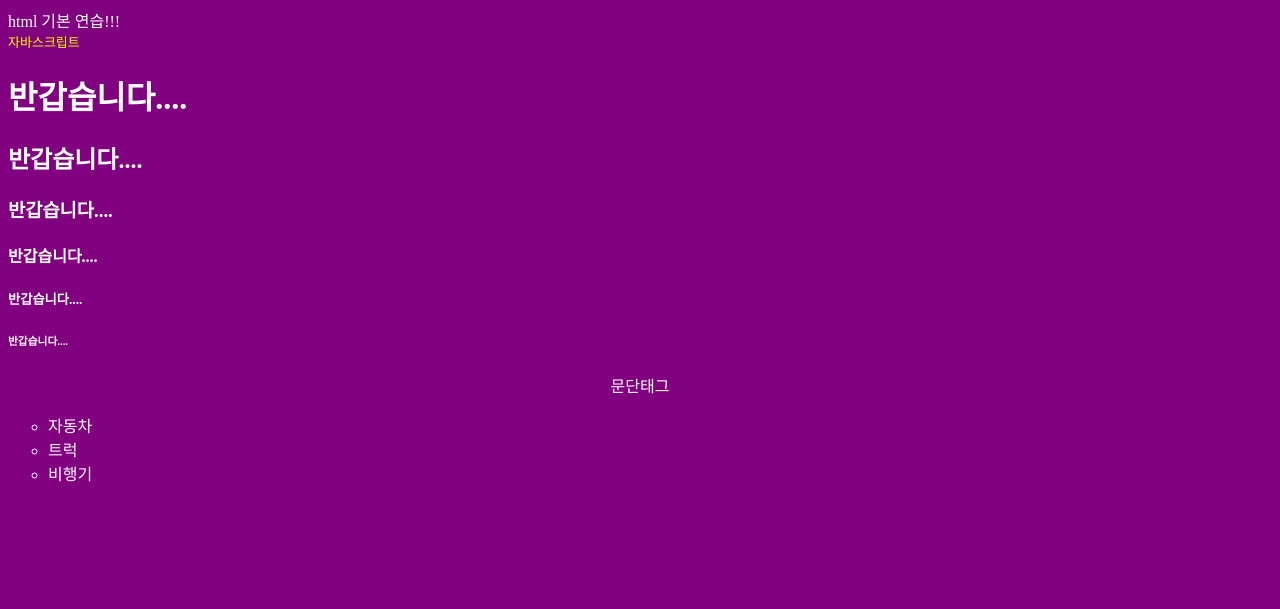
Repository: salee1023/JSP_Practice
Page: HTML_CSS_JS_practice01/src/main/webapp/html01.htm
These files come from the project's save history. The page is drawn as it stood at one moment and after the next save; the edit follows.
The browser window is 1280 px wide. The pictures show the whole page.

Above is the page before, as saved 2021-08-16 09:10:30.

After the next save:
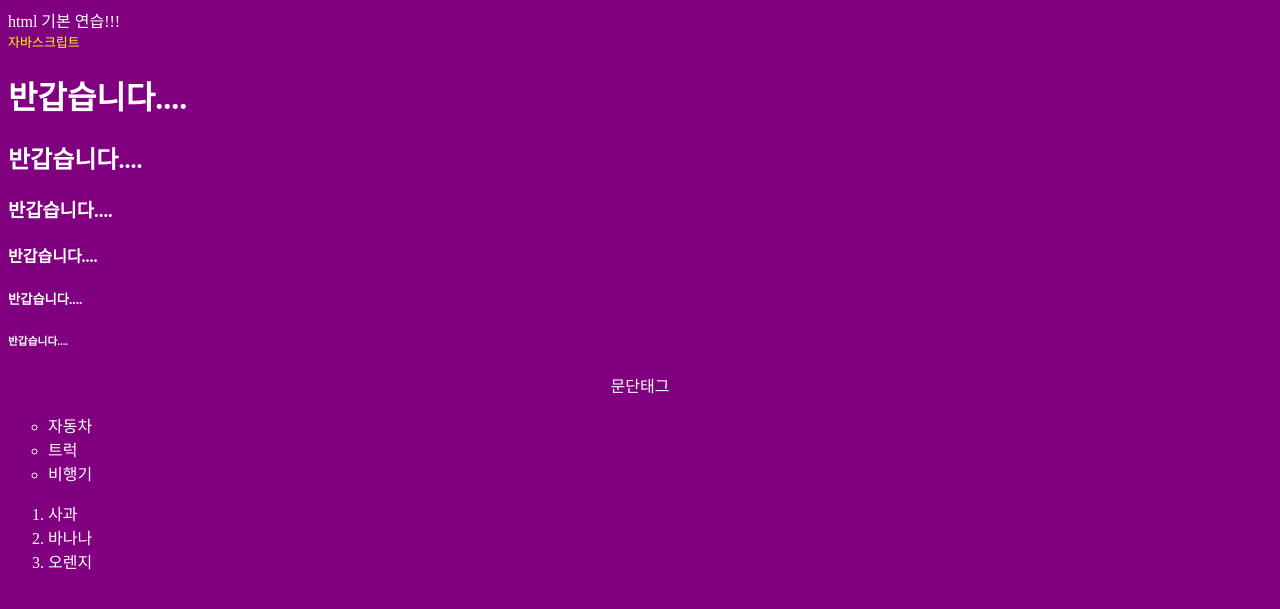
Saved 83 s later.
--- a/HTML_CSS_JS_practice01/src/main/webapp/html01.htm
+++ b/HTML_CSS_JS_practice01/src/main/webapp/html01.htm
@@ -20,10 +20,15 @@
 	html 기본 연습!!!<br><font face="바탕" size="2" color="yellow">자바스크립트</font><h1>반갑습니다....</h1>
 	<h2>반갑습니다....</h2><h3>반갑습니다....</h3><h4>반갑습니다....</h4><h5>반갑습니다....</h5><h6>반갑습니다....</h6>
 	<p align="center">문단태그</p>
-	<ul type="circle"><!-- Unordered List -->
+	<ul type="circle">  <!-- Unordered List -->
 		<li>자동차</li>
 		<li>트럭</li>
 		<li>비행기</li>
 	</ul>
+	<ol>  <!-- Ordered List -->
+		<li>사과</li>
+		<li>바나나</li>
+		<li>오렌지</li>
+	</ol>
 </body>
 </html>
